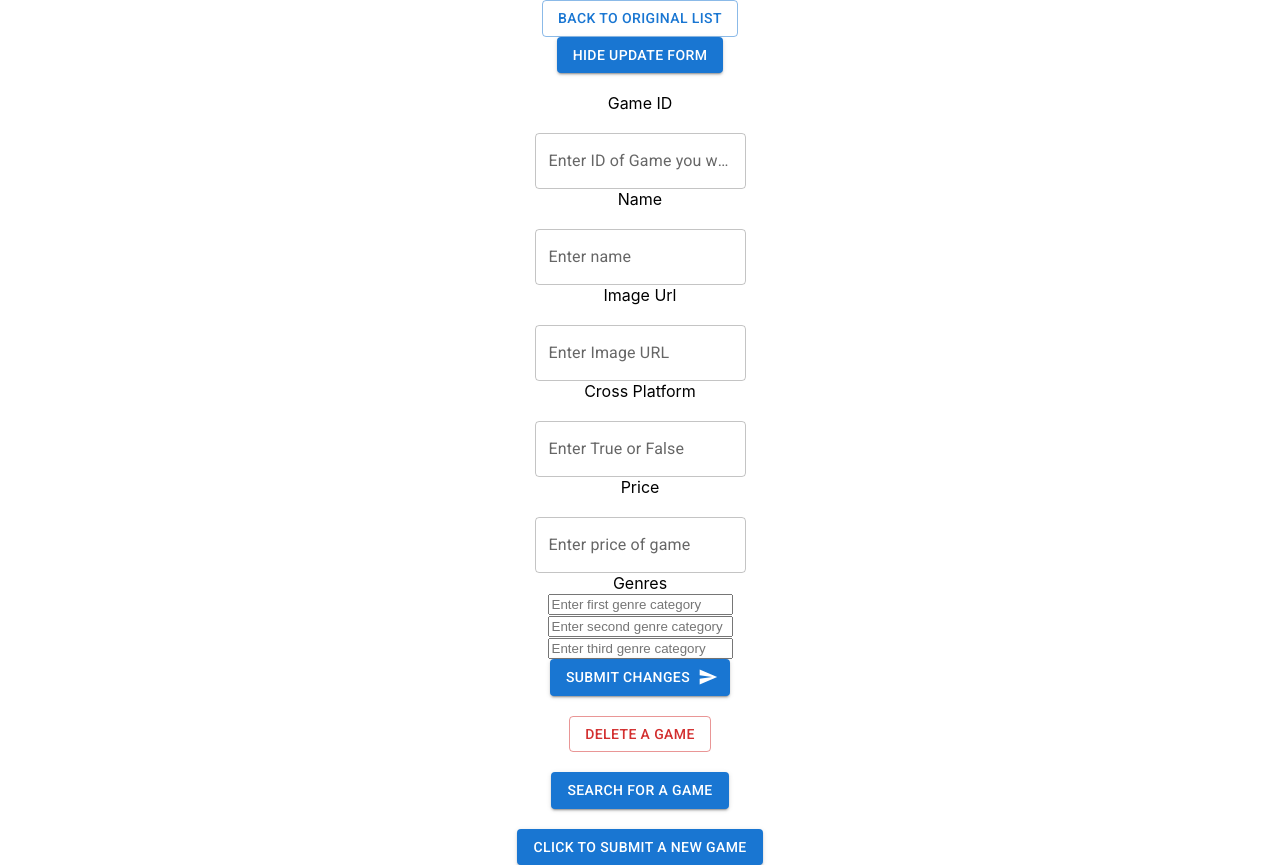
Repository: The-Software-Guild/assessment-2-react-nj10deadend
Page: / (app in Part-2/React-section/frontend/), after clicking the first element matching `button.MuiButton-contained`
An editor plug-in stored every save of this project. The page is shown before and after the next save, followed by the edit.
The browser window is 1280 px wide. The pictures show the whole page.
The page's requests for data from a server got no answer. The project was rebuilt for these pictures with package versions that can differ from the ones it lists, and the page was loaded fresh each time. No one was signed in, and anything a server would have sent is missing. Also part of the build but not shown: Part-2/React-section/frontend/src/components/GameCards.js.

Above is the page before, as saved 2021-12-19 22:30:03.

After the next save:
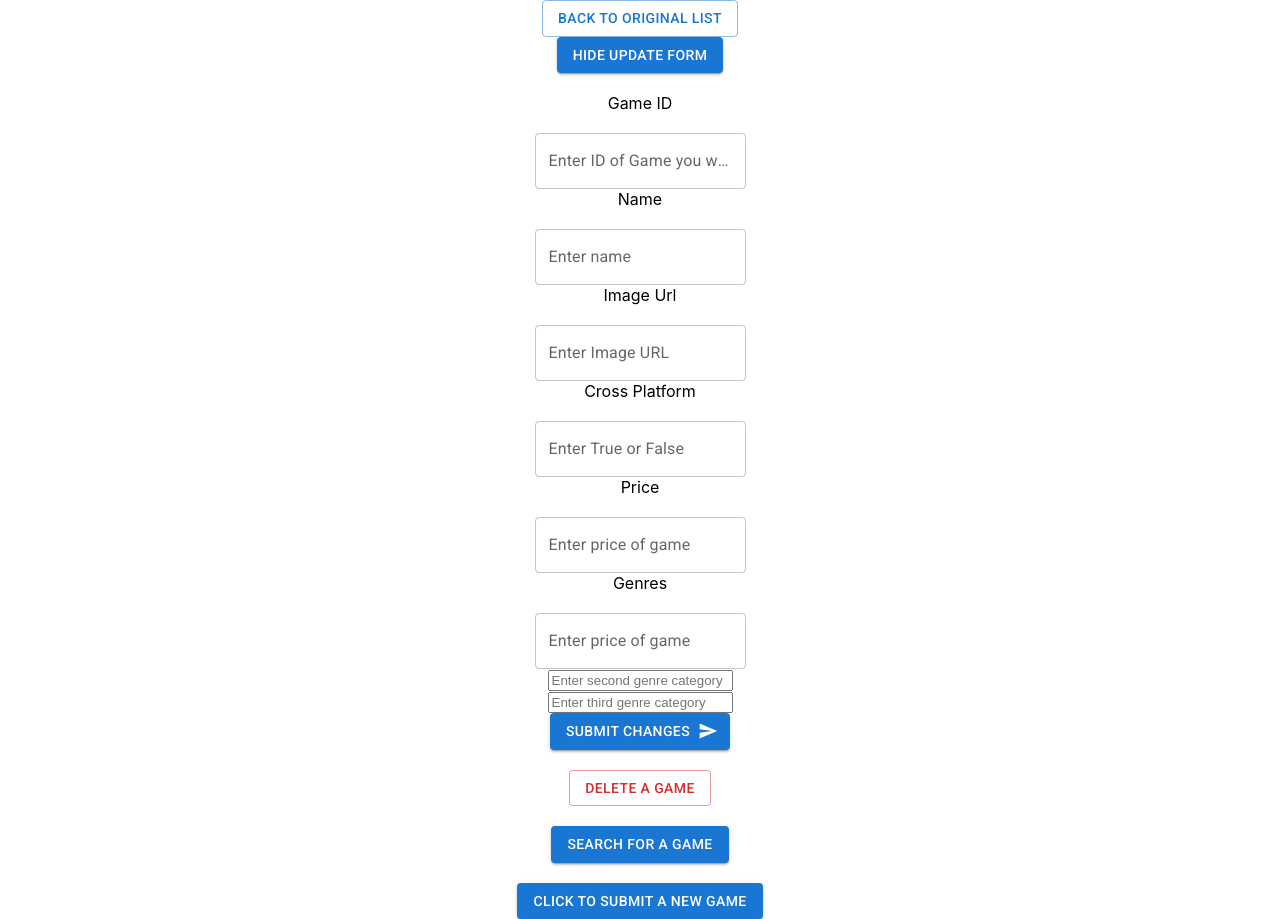
Saved 2 min 27 s later.
--- a/Part-2/React-section/frontend/src/components/UpdateGame.js
+++ b/Part-2/React-section/frontend/src/components/UpdateGame.js
@@ -111,8 +111,14 @@ function UpdateGame ({getFetchGameServer}) {
                             <div>
                                 <label for="genres">Genres</label>
                                 <br></br>
-                                <input type="text" name="genre1" placeholder="Enter first genre category" id="genre1"
-                                value={genres[0]} onChange={(event) => {setGenres([event.target.value, genres[1], genres[2]])}}/>
+                                <br></br>
+                                {/* <input type="text" name="genre1" placeholder="Enter first genre category" id="genre1"
+                                value={genres[0]} onChange={(event) => {setGenres([event.target.value, genres[1], genres[2]])}}/> */}
+                                <TextField id="outlined-basic6" label="Enter price of game"
+                                variant="outlined"
+                                onChange={(event) => {setGenres([event.target.value, genres[1], genres[2]])}}
+                                value = {genres[0]}
+                                />
                                 <br></br>
                                 <input type="text" name="genre2" placeholder="Enter second genre category" id="genre2"
                                 value={genres[1]} onChange={(event) => {setGenres([genres[0], event.target.value, genres[2] ])}}/>
